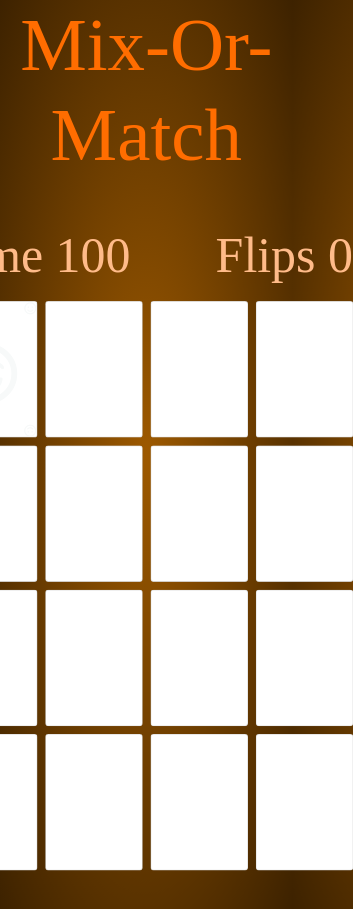
Repository: Code-Institute-Submissions/Memory-Game-7
Page: index.html
The author's editor kept a record of every edit. The page is drawn from the files as they stood at one moment, then again after the next edit.
The browser window is 375 px wide. The page is 453 px wide, then 375 px, so the pictures cover 453 px, including what lies to the right of the window. The pictures show the whole page, at 78% of full size.
Some web fonts or font styles are not loaded; a fallback is used. Some web libraries are served in a nearby version.

Above is the page before.

### index.html
<!DOCTYPE html>
<html lang="en">

<head>
    <meta charset="UTF-8">
    <meta name="viewport" content="width=device-width, initial-scale=1.0">
    <meta http-equiv="X-UA-Compatible" content="ie=edge">
    <title>Mix-Or-Match</title>
    <link rel="stylesheet" href="assets/css/style.css" type="text/css" />
    <link rel="stylesheet" href="https://stackpath.bootstrapcdn.com/bootstrap/4.3.1/css/bootstrap.min.css" integrity="sha384-ggOyR0iXCbMQv3Xipma34MD+dH/1fQ784/j6cY/iJTQUOhcWr7x9JvoRxT2MZw1T" crossorigin="anonymous">
    <script src="https://code.jquery.com/jquery-3.3.1.slim.min.js" integrity="sha384-q8i/X+965DzO0rT7abK41JStQIAqVgRVzpbzo5smXKp4YfRvH+8abtTE1Pi6jizo" crossorigin="anonymous"></script>
    <script src="https://stackpath.bootstrapcdn.com/bootstrap/4.3.1/js/bootstrap.min.js" integrity="sha384-JjSmVgyd0p3pXB1rRibZUAYoIIy6OrQ6VrjIEaFf/nJGzIxFDsf4x0xIM+B07jRM" crossorigin="anonymous"></script>
    <script src="https://cdnjs.cloudflare.com/ajax/libs/popper.js/1.14.7/umd/popper.min.js" integrity="sha384-UO2eT0CpHqdSJQ6hJty5KVphtPhzWj9WO1clHTMGa3JDZwrnQq4sF86dIHNDz0W1" crossorigin="anonymous"></script>
    <link rel="stylesheet" href="https://use.fontawesome.com/releases/v5.8.1/css/all.css" integrity="sha384-50oBUHEmvpQ+1lW4y57PTFmhCaXp0ML5d60M1M7uH2+nqUivzIebhndOJK28anvf" crossorigin="anonymous">
    <link rel="stylesheet" href="https://cdnjs.cloudflare.com/ajax/libs/hover.css/2.3.1/css/hover-min.css" type="text/css" />
    <link rel="stylesheet" href="assets/css/style.css" type="text/css" />
    <link href="https://fonts.googleapis.com/css?family=Special+Elite&display=swap" rel="stylesheet">
</head>

<body>
    <h1 class="page-title">Mix-Or-Match</h1>
    <div class="overlay-text visible">
        Click to Start
    </div>
    <div id="game-over-text" class="overlay-text">
        GAME OVER
        <span class="overlay-text-small">Click to Restart</span>
    </div>
    <div id="victory-text" class="overlay-text">
        VICTORY
        <span class="overlay-text-small">Click to Restart</span>
    </div>
    <div class="game-container">
        <div class="game-info-container">
            <div class="game-info">
                Time <span id="time-remaining">100</span>
            </div>
            <div class="game-info">
                Flips <span id="time-remaining">0</span>
            </div>
        </div>
        <div class="card">
            <div class="card-back car-face">
                <i class="far fa-smile smiley smiley-top-left"></i>
                <i class="far fa-smile smiley smiley-top-right"></i>
                <i class="far fa-smile smiley smiley-bottom-left"></i>
                <i class="far fa-smile smiley smiley-bottom-right"></i>
                <i class="far fa-laugh-wink fa-5x wink"></i>
            </div>
        </div>
        <div class="card"></div>
        <div class="card"></div>
        <div class="card"></div>
        <div class="card"></div>
        <div class="card"></div>
        <div class="card"></div>
        <div class="card"></div>
        <div class="card"></div>
        <div class="card"></div>
        <div class="card"></div>
        <div class="card"></div>
        <div class="card"></div>
        <div class="card"></div>
        <div class="card"></div>
        <div class="card"></div>
    </div>
</body>

</html>

### assets/css/style.css
@font-face {
    font-family: "Creepy";
    src: url("Assets/Fonts/Creepy.woff") format("woff"),
    src: url("Assets/Fonts/Creepy.woff2") format("woff2")
}

@font-face {
    font-family: "Lunacy";
    src: url("Assets/Fonts/Lunacy.woff") format("woff"),
    src: url("Assets/Fonts/Lunacy.woff2") format("woff2")
}

* {
    box-sizing: border-box;
}

html{
    min-height: 100vh;
}

body {
    margin: 0;
    background: radial-gradient(#9D5900, #3D2200);
}

.page-title {
    color: #FF6D00;
    font-family: Creepy, serif;
    font-weight: normal;
    text-align: center;
    font-size: 6em;
}

.game-info-container{
    grid-column: 1 / -1;
    display: flex;
    justify-content: space-between;
}

.game-info {
    font-family: Lunacy, serif;
    color: #FFBB89;
    font-size: 4em;
}

.game-container {
    display: grid;
    grid-template-columns: repeat(4, auto);
    grid-gap: 10px;
    margin: 50px;
    justify-content: center;
    perspective: 500px;
}

.card {
    position: relative;
    height: 175px;
    width: 125px;
}

i{
    color: #F7F9F9;
}

.card-face{
    position: absolute;
    width: 100%;
    height: 100%;
    display: flex;
    justify-content: center;
    align-items: center;
    backface-visibility: hidden;
    border-radius: 12px;
    border-width: 1px;
    border-style: solid;
    transition: transform 500ms ease-in-out;
}

.card.visible .card-back {
    transform: rotateY(-180deg);
}

.card.matched .card-value {
    animation: dance 1s linear infinite 500ms;
}

.overlay-text {
    display: none;
    position: fixed;
    top: 0;
    left: 0;
    right: 0;
    bottom: 0;
    justify-content: center;
    align-items: center;
    z-index: 100;
    color: #FF6D00;
    font-family: Creepy, serif;
}

.overlay-text-small {
    font-size: 3em;
}

.overlay-text-visible {
    display: flex;
    flex-direction: column;
    animation: overlay-grow 500ms forwards;
}

@keyframes overlay-grow {
    from {
        background-color: rgba(0, 0, 0, 0);
        font-size: 0;
    }
    to {
        background-color: rgba(0, 0, 0, .8);
        font-size: 10em;
    }
}
@keyframes dance {
    0%, 100& {
        transform: rotate(0);
    }
    25% {
        transform: rotate(-23deg);
    }
    76% {
        transform: rotate(30deg);
    }
}

.card-back{
    background-color: #76D7C4;
    border-color: #229954;
}

.card-front {
    background-color: #FFBB89;
    border-color: #333;
    transform: rotateX(180deg);
}

.card-value {
    transition: transform 100ms ease-in-out;
    transform: scale(.9);
}

.card-front:hover ,card-value {
    transform: scale(1);
}

.smiley{
    position: absolute;
    transition: width 100ms ease-in-out, height 100ms ease-in-out;
}

.card-face:hover .smiley {
    width: 52px;
    height: 52px;
}

.smiley-top-left{
    top: 0;
    left: 0;
}

.smiley-top-right{
    top: 0;
    right: 0;
}

.smiley-bottom-left{
    transform: rotate(180deg);
    bottom: 0;
    left: 0;
}

.smiley-bottom-right{
    transform: rotate(180deg);
    bottom: 0;
    right: 0;
}

.wink {
    position: absolute;
    top: 30%;
    right: 20%;
}

After the next edit:
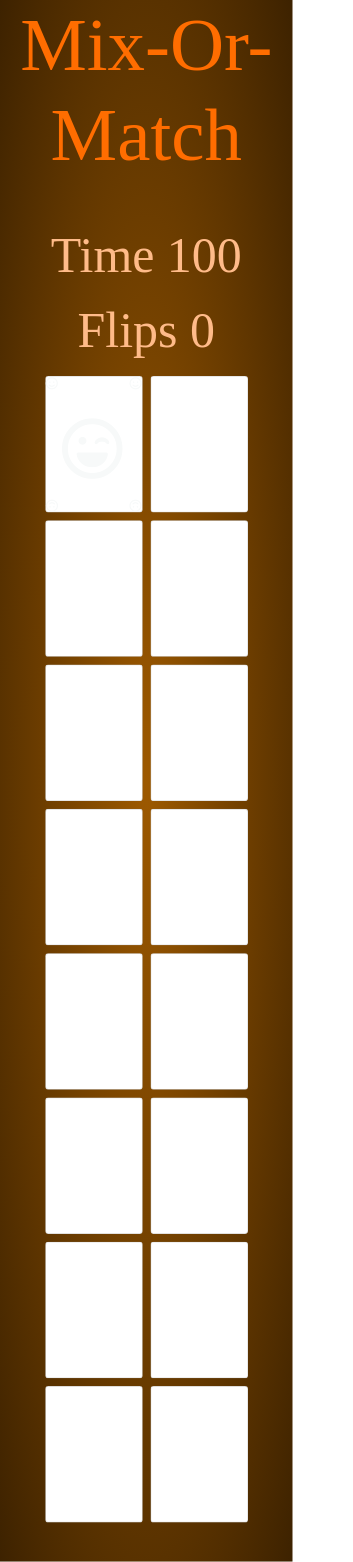
The edit:
--- a/assets/css/style.css
+++ b/assets/css/style.css
@@ -186,4 +186,20 @@
     position: absolute;
     top: 30%;
     right: 20%;
-}
+    transition: width 100ms ease-in-out, height 100ms ease-in-out;
+}
+
+.card-back:hover .wink {
+    transform: translateY(0);
+}
+
+@media (max-width: 600px) {
+    .game-container {
+        grid-template-columns: repeat(2, auto);
+    }
+
+    .game-info-container {
+        flex-direction: column;
+        align-items: center;
+    }
+}
